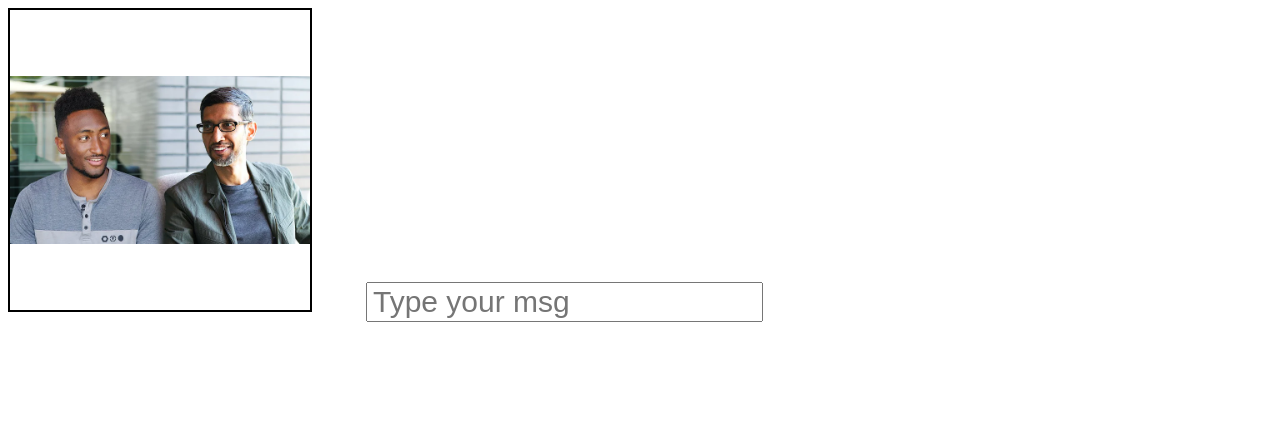
Repository: RagulRanjeeth/Frontend
Page: CloneYoutube/index.html
The author's editor kept a copy of each file at every save. The page is drawn from the files as they stood at one save, then again after the next save.
The browser window is 1280 px wide. The pictures show the whole page.

Above is the page before, as saved 2026-01-22 15:16:19.

After the next save:
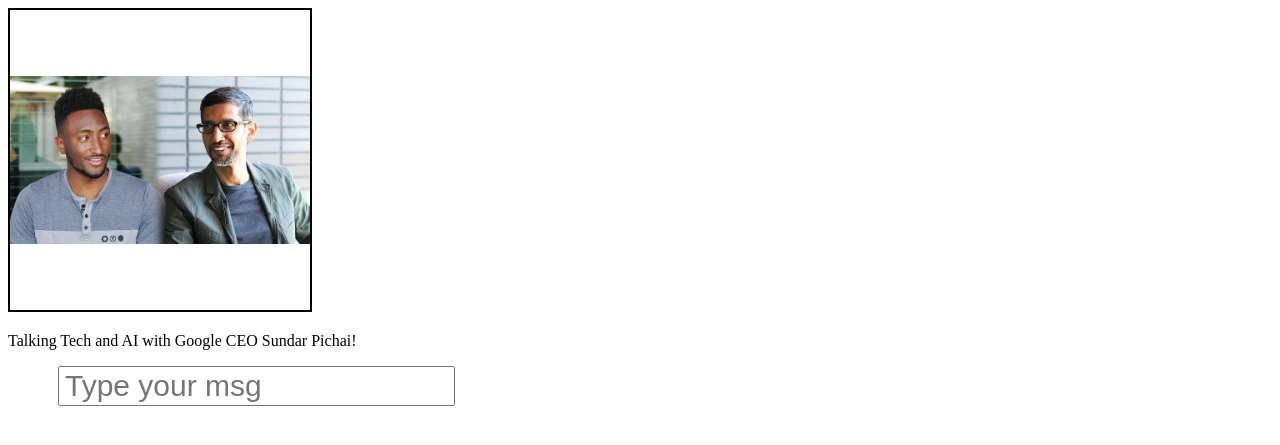
Saved 20 h 20 min later.
--- a/CloneYoutube/index.html
+++ b/CloneYoutube/index.html
@@ -5,6 +5,10 @@
     <body>
         <img class="Thumbnails" src="Thumbnails/thumbnail-1.webp">
 
+        <p>
+        Talking Tech and AI with Google CEO Sundar Pichai!
+        </p>
+
         <input class="SearchDashbar" type="text" placeholder="Type your msg">
 
     </body>
